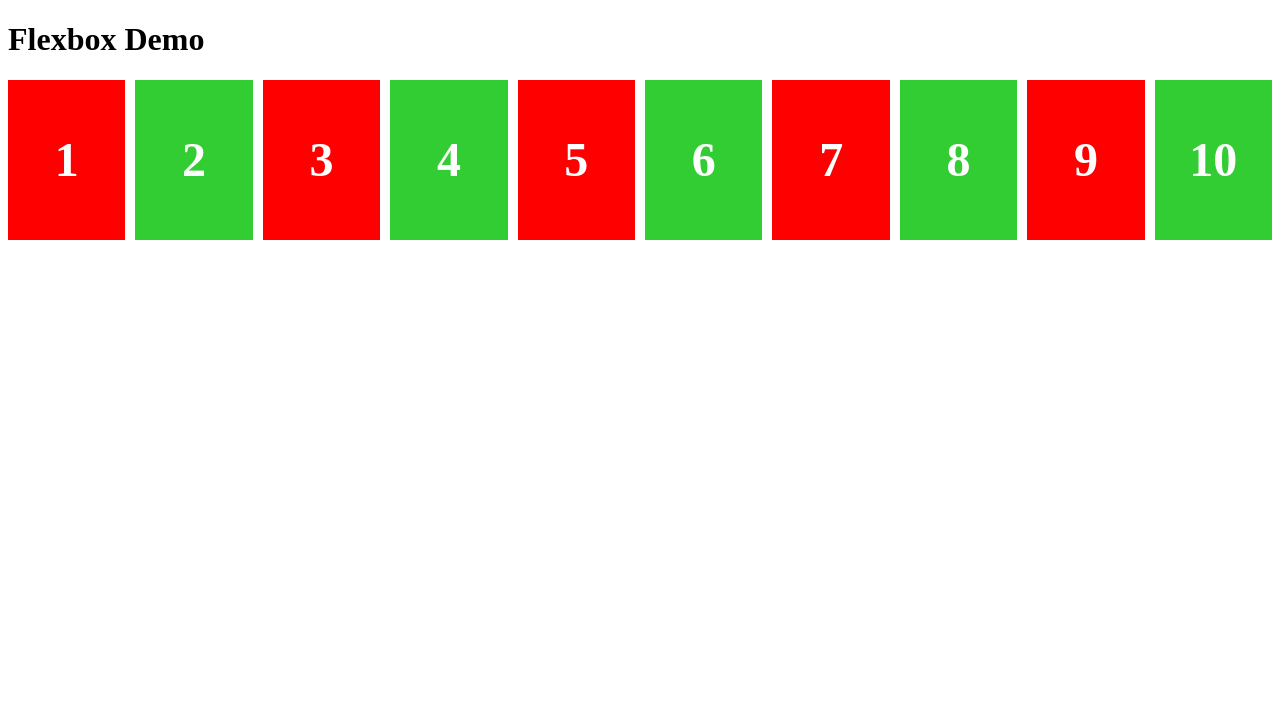
Repository: aniatot/CSS_KT
Page: 6 Flexbox Demo Project/index2.html
These files come from the project's save history. The page is drawn as it stood at one moment and after the next save; the edit follows.
The browser window is 1280 px wide. The pictures show the whole page.
Some web fonts or font styles are not loaded; a fallback is used.

Above is the page before, as saved 2023-10-19 02:19:04.

### 6 Flexbox Demo Project/index2.html
<!DOCTYPE html>
<html>

<head>
  <title>Flexbox Pricing Table</title>
  <link rel="preconnect" href="https://fonts.googleapis.com">
  <link rel="preconnect" href="https://fonts.gstatic.com" crossorigin>
  <link href="https://fonts.googleapis.com/css2?family=Sono:wght@400;700&display=swap" rel="stylesheet">
  <style>
.flex-container {
  /* We first create a flex layout context */
  display: flex;
  flex-wrap: wrap;
  /* flex-flow: row wrap; */

  /* Then we define how is distributed the remaining space */
  justify-content: flex-start;
  padding: 0;
  margin: 0;
  list-style: none;
  gap: 10px;
}

.flex-item {
  padding: 5px;
  width: 200px;
  height: 150px;
  line-height: 150px;
  color: white;
  font-weight: bold;
  font-size: 3em;
  text-align: center;
}

.flex-item:nth-child(odd) {
  background: red;
  flex:1
}

.flex-item:nth-child(even) {
  background: limegreen;
  flex: 1;
}
  </style>
</head>

<body>
  <div class="container">
    <h1>Flexbox Demo</h1>

    <ul class="flex-container">
      <li class="flex-item">1</li>
      <li class="flex-item">2</li>
      <li class="flex-item">3</li>
      <li class="flex-item">4</li>
      <li class="flex-item">5</li>
      <li class="flex-item">6</li>
      <li class="flex-item">7</li>
      <li class="flex-item">8</li>
      <li class="flex-item">9</li>
      <li class="flex-item">10</li>
    </ul>
  </div>

</body>

</html>

After the next save:
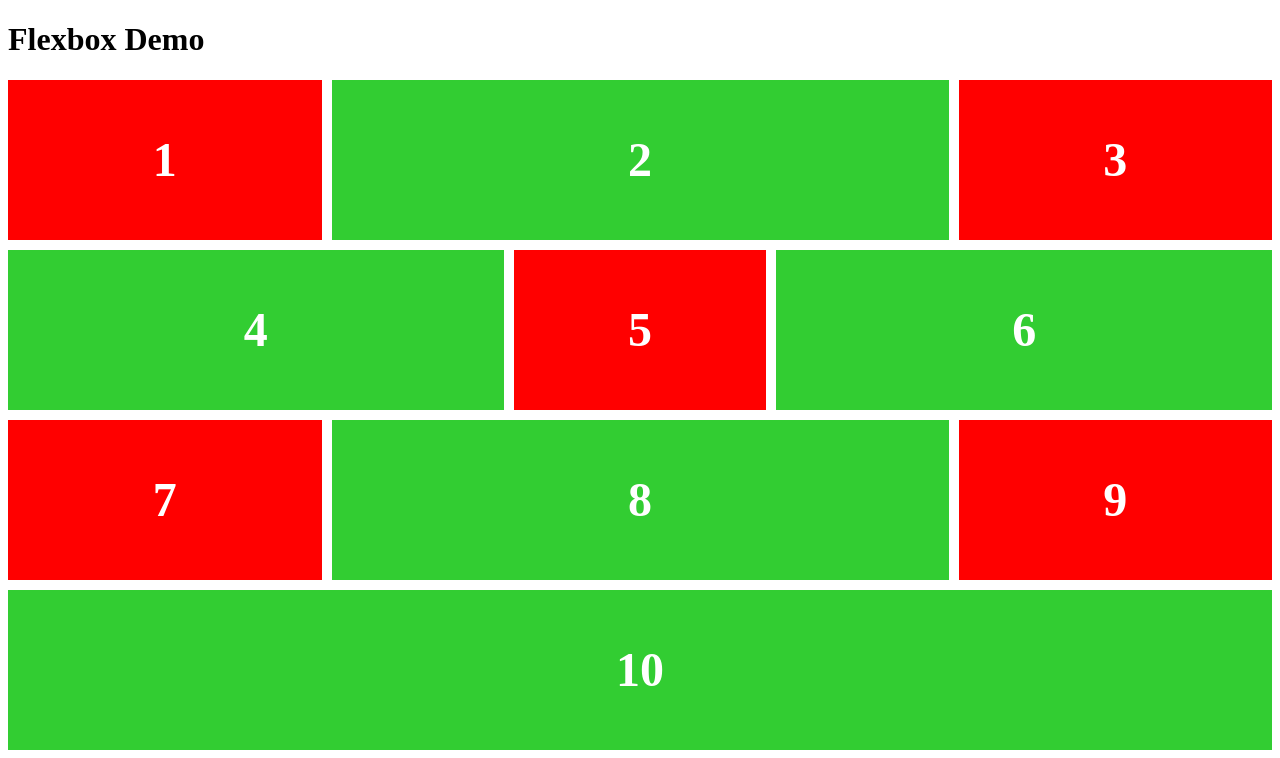
Saved 44 s later.
--- a/6 Flexbox Demo Project/index2.html
+++ b/6 Flexbox Demo Project/index2.html
@@ -34,12 +34,12 @@
 
 .flex-item:nth-child(odd) {
   background: red;
-  flex:1
+  flex:1 0 200px;
 }
 
 .flex-item:nth-child(even) {
   background: limegreen;
-  flex: 1;
+  flex: 2 0 400px;
 }
   </style>
 </head>
